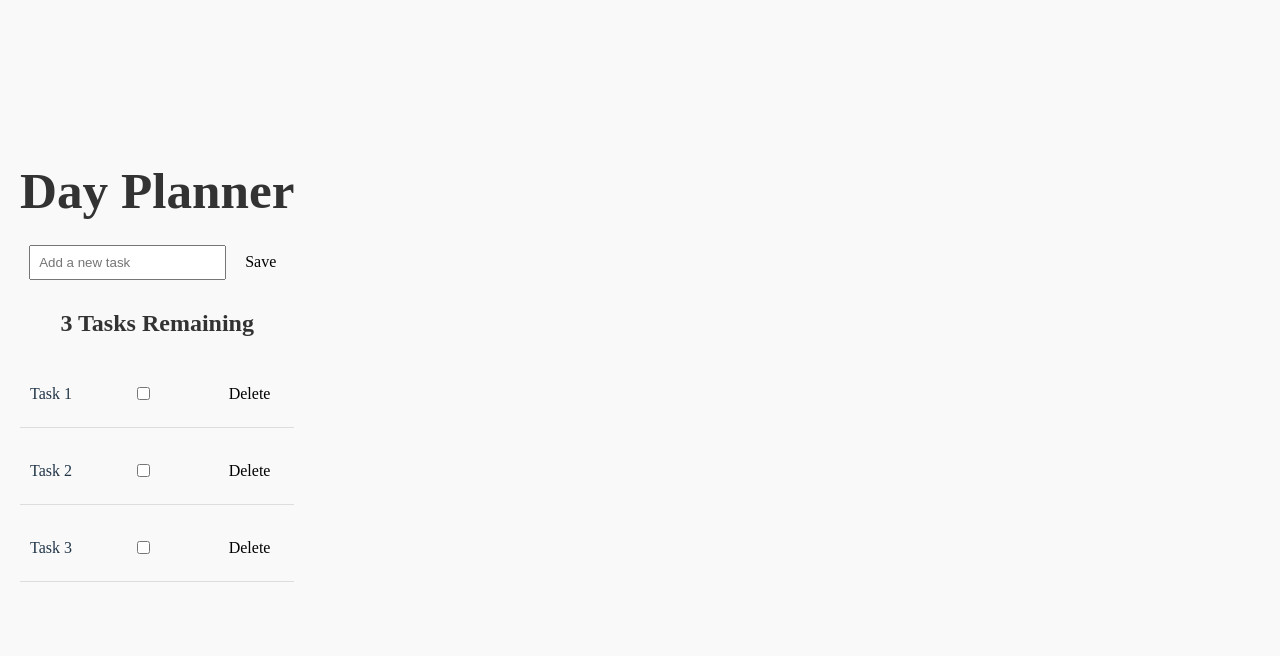
Repository: GavinPahal/Lab7
Page: /
These files come from the project's save history. The page is drawn as it stood at one moment and after the next save; the edit follows.
The browser window is 1280 px wide. The pictures show the whole page.
The project was rebuilt for these pictures with package versions that can differ from the ones it lists, and the page was loaded fresh each time. Also part of the build but not shown: vite.config.js.

Above is the page before, as saved 2024-10-27 12:12:27.

After the next save:
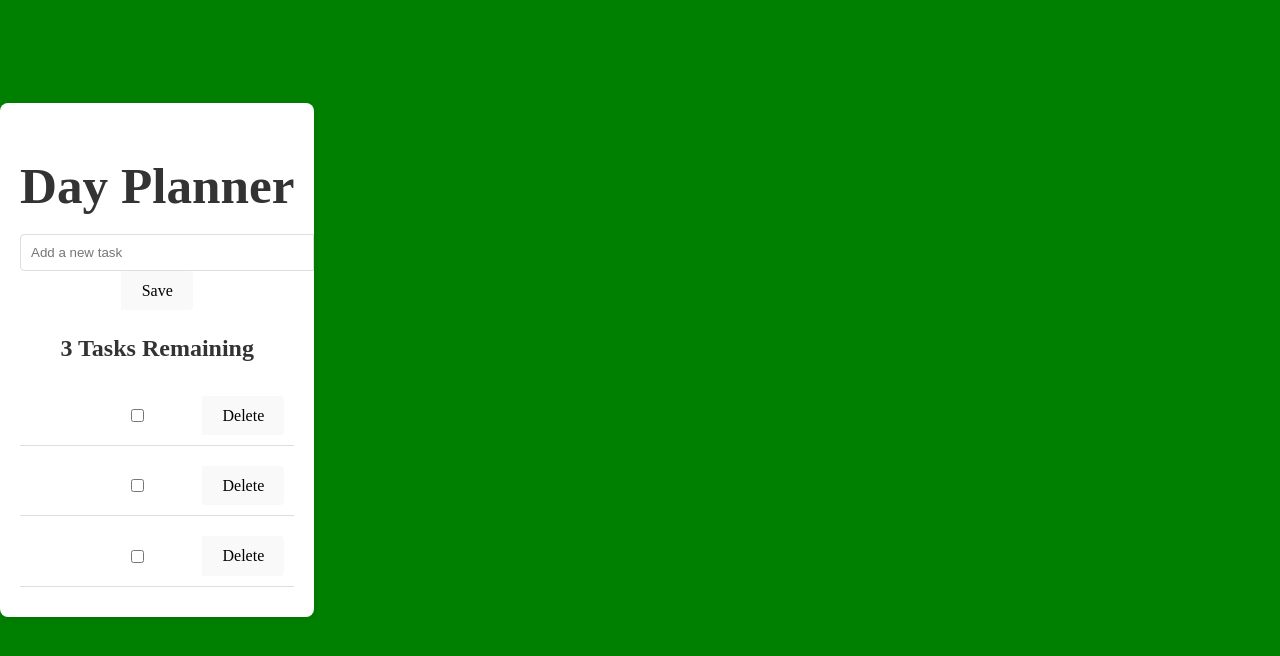
Saved 96 s later.
--- a/src/App.css
+++ b/src/App.css
@@ -2,7 +2,8 @@
   font-family: 'Times New Roman', serif;
   margin: 0;
   padding: 0;
-  background-color: #f9f9f9;
+  background-color: green; /* Set the background color to green */
+  color: white; /* Change default text color to white for contrast */
 }
 
 .app {
@@ -10,11 +11,14 @@
   margin: 50px auto;
   padding: 20px;
   text-align: center;
+  background-color: white; /* Set a white background for the app container */
+  border-radius: 8px; /* Rounded corners for the app container */
+  box-shadow: 0 2px 10px rgba(0, 0, 0, 0.1); /* Add some shadow for depth */
 }
 
 h1, h2 {
   margin-bottom: 20px;
-  color: #333;
+  color: #333; /* Heading color */
 }
 
 .task-list {
@@ -44,9 +48,23 @@
   cursor: pointer;
   font-size: 16px;
   width: 100%; /* Full width for a rectangle shape */
+  margin-left: -1px; /* Overlap to connect with input box */
+  border-top: 1px solid #ddd; /* Optional: Add a top border to the button */
+  font-family: 'Arial', sans-serif; /* Use Arial font for the button */
 }
 
-input[type="text"], button {
-  padding: 8px;
-  margin: 5px;
+input[type="text"] {
+  padding: 10px; /* Same height as button */
+  width: calc(100% - 2px); /* Adjust width to prevent overflow */
+  border: 1px solid #ddd; /* Add border */
+  border-radius: 4px 0 0 4px; /* Rounded corners for left side */
 }
+
+input[type="text"]:focus {
+  outline: none; /* Remove default outline on focus */
+  border-color: green; /* Change border color on focus */
+}
+
+button {
+  border-radius: 0 4px 4px 0; /* Rounded corners for right side */
+}

After the save that followed:
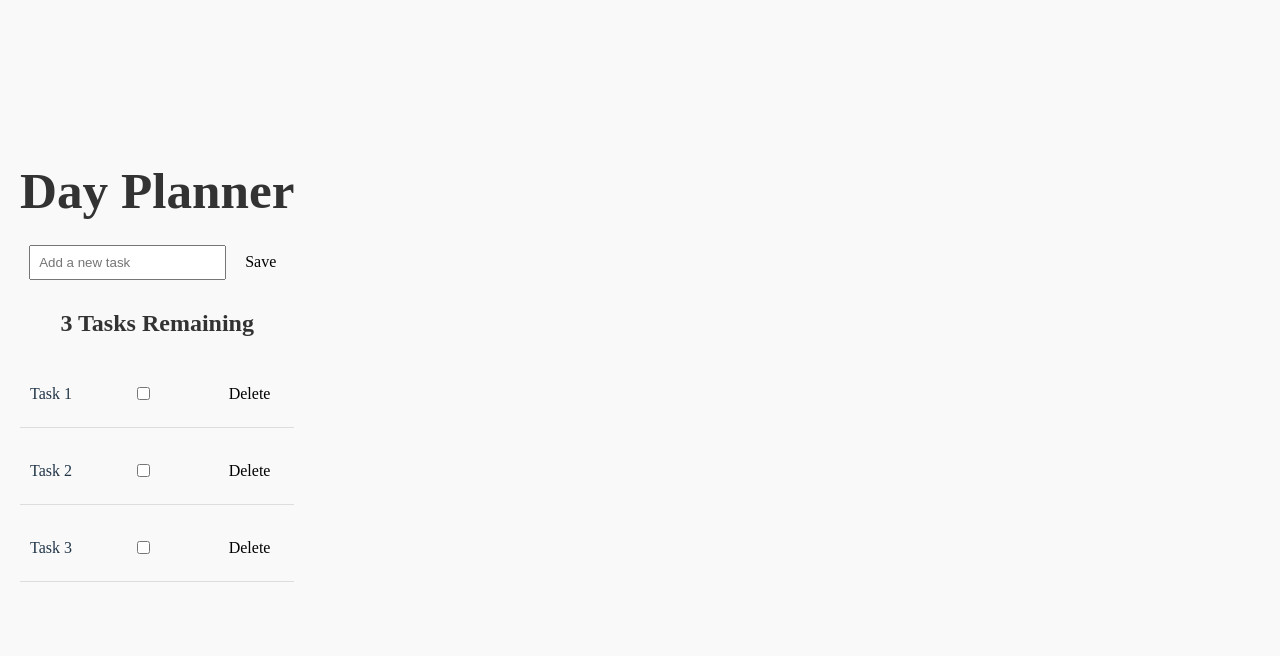
Saved 15 s later.
--- a/src/App.css
+++ b/src/App.css
@@ -2,8 +2,7 @@
   font-family: 'Times New Roman', serif;
   margin: 0;
   padding: 0;
-  background-color: green; /* Set the background color to green */
-  color: white; /* Change default text color to white for contrast */
+  background-color: #f9f9f9;
 }
 
 .app {
@@ -11,14 +10,11 @@
   margin: 50px auto;
   padding: 20px;
   text-align: center;
-  background-color: white; /* Set a white background for the app container */
-  border-radius: 8px; /* Rounded corners for the app container */
-  box-shadow: 0 2px 10px rgba(0, 0, 0, 0.1); /* Add some shadow for depth */
 }
 
 h1, h2 {
   margin-bottom: 20px;
-  color: #333; /* Heading color */
+  color: #333;
 }
 
 .task-list {
@@ -48,23 +44,9 @@
   cursor: pointer;
   font-size: 16px;
   width: 100%; /* Full width for a rectangle shape */
-  margin-left: -1px; /* Overlap to connect with input box */
-  border-top: 1px solid #ddd; /* Optional: Add a top border to the button */
-  font-family: 'Arial', sans-serif; /* Use Arial font for the button */
 }
 
-input[type="text"] {
-  padding: 10px; /* Same height as button */
-  width: calc(100% - 2px); /* Adjust width to prevent overflow */
-  border: 1px solid #ddd; /* Add border */
-  border-radius: 4px 0 0 4px; /* Rounded corners for left side */
+input[type="text"], button {
+  padding: 8px;
+  margin: 5px;
 }
-
-input[type="text"]:focus {
-  outline: none; /* Remove default outline on focus */
-  border-color: green; /* Change border color on focus */
-}
-
-button {
-  border-radius: 0 4px 4px 0; /* Rounded corners for right side */
-}
